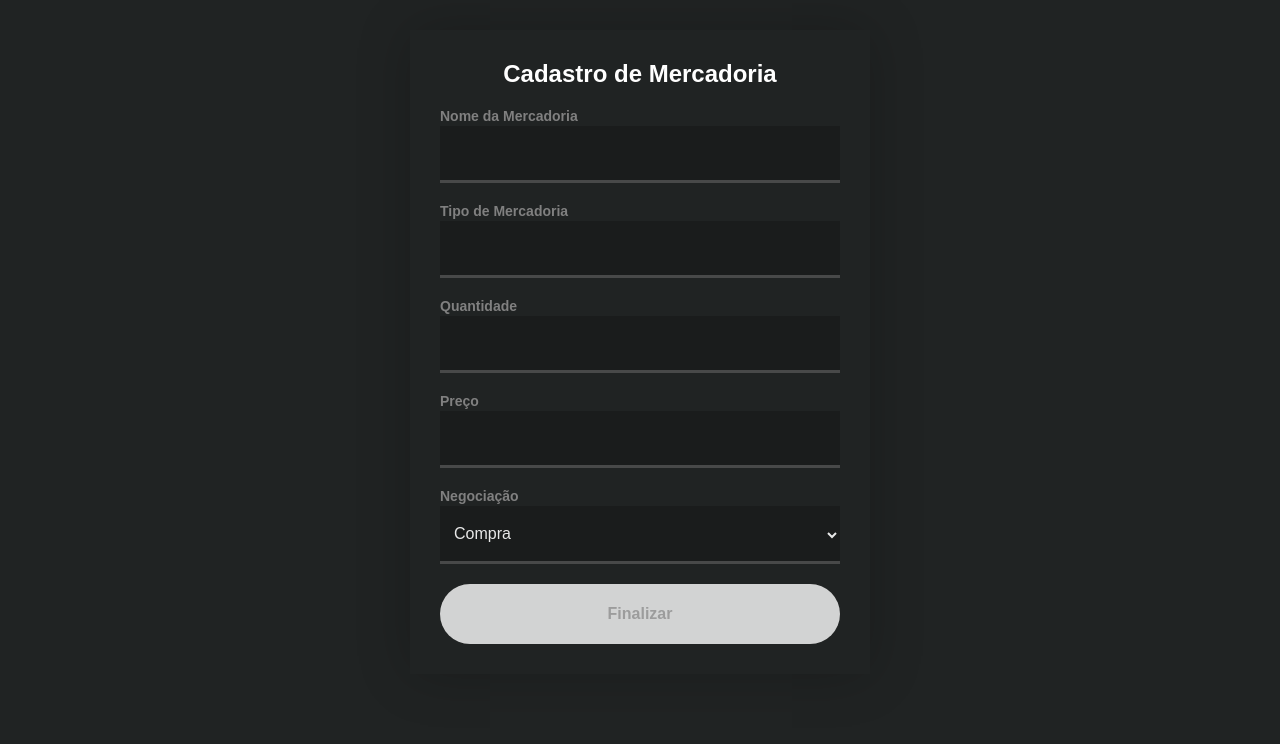
Repository: felipedischer/valemobi
Page: http://localhost/Valemobi/
These files come from the project's save history. The page is drawn as it stood at one moment and after the next save; the edit follows.
The browser window is 1280 px wide. The pictures show the whole page.
The page is served by Tomcat 9. Other server files are loaded and not shown.

Above is the page before, as saved 2016-09-28 04:05:18.

### Valemobi/WebContent/index.jsp
<%@ page language="java" contentType="text/html; charset=ISO-8859-1"
    pageEncoding="ISO-8859-1"%>
<!DOCTYPE html PUBLIC "-//W3C//DTD HTML 4.01 Transitional//EN" "http://www.w3.org/TR/html4/loose.dtd">
<html>
<head>
<meta http-equiv="Content-Type" content="text/html; charset=ISO-8859-1">

<link rel="stylesheet" type="text/css" href="estilo/css/estilo.css">

<title>Plataforma de Negociação</title>

</head>
<body>

<main id="conteudo">
		<div class="container">
			<form action="contatoservlet" method="post">
				<h2>Cadastro de Mercadoria</h2>


				<div class="grupo">
					<label for="campo1">Nome da Mercadoria</label>
					<input type="text" id="campo1" name="nome">
				</div>

				<div class="grupo">
					<label for="campo2">Tipo de Mercadoria</label>
					<input type="text" id="campo2" name="tipo">
				</div>

				<div class="grupo">
					<label for="campo3">Quantidade</label>
					<input type="number" id="campo3" name="quantidade">
				</div>

				<div class="grupo">
					<label for="campo4">Preço</label>
					<input type="text" id="campo4" name="preco">
				</div>

				<div class="grupo">
					<label for="campo5">Negociação</label>
					<select id="campo5" name="negociacao">
						<option value="COMPRA">Compra</option>
						<option value="VENDA">Venda</option>
					</select>
				</div>
				<button class="btn btn-cadastrar" type="submit">Finalizar</button>
			</form>
		</div>
	</main>






</body>
</html>

### Valemobi/WebContent/estilo/css/estilo.css

*{
	margin: 0px;
	padding: 0px;
	outline: none;
	font-family: "Arial";
	color: #bbbbbb;
	text-decoration: none;
}
.container{
	box-sizing: border-box;
	display: block;
	margin: auto;
	padding: 0px 15px;
	width: 1170px;
	max-width: 100%;
}

body{
	padding-bottom: 40px;
	background: #202323;
	width: 100%;
	height: 100%;
	position: relative;
}



/*CONTEUDO*/
#conteudo{
	padding: 30px 0px;
}
form label{
	color: white;
}
form {
	padding: 30px;
	max-width: 400px;
	margin: auto;
	box-shadow: 0px 0px 52px 0px rgba(0,0,0,0.2);
	animation: fadeIn 1.5s cubic-bezier(0.19,1,0.22,1);
}

form h2{
	text-align: center;
	margin-bottom: 20px;
	color: white;
}
form .grupo{
	margin-bottom: 20px;
}
form .grupo > *{
	display: block;
}
form .grupo label{
	font-weight: bold;
	font-size: 14px;
	margin-bottom: 2px;
	color: Grey;
}
form .grupo input, form .grupo select{
	border: none;
	box-sizing: border-box;
	width: 100%;
	padding: 10px;
	font-size: 16px;
	background: rgba(0,0,0,0.2);
	color: rgba(255,255,255,0.9);
    padding: 18px 10px;
    border-bottom: solid 3px rgba(255,255,255,0.2);
    transition: all 0.4s cubic-bezier(0.19,1,0.22,1);
}
/*
form .grupo input + label,
form .grupo input ~ label{
	color: white;
}
*/
form .grupo input:focus{
	border-color: white;
}
form .grupo.erro input{
	border-bottom-color: red;
}
form .grupo.valido input{
	border-bottom-color: #88bd64;
}


.btn{
	cursor: pointer;
	font-weight: bold;
	display: block;
	height: 50px;
	padding: 10px 20px;
	border-radius: 25px;
	border: none;
	font-weight: bold;
	font-size: 16px;
	background: white;
	opacity: 0.8;
	transition: all 1s cubic-bezier(0.19,1,0.22,1);
}
.btn:hover{
	opacity: 1;

}
form > .btn{
	width: 100%;
	height: 60px;
	border-radius: 30px;
}
/*RODAPE*/
#rodape{
	position: fixed;
	width: 100%;
	height: 40px;
	bottom: 0px;
	background: #1c2121;
}
#rodape p{
	text-align: center;
	line-height: 40px;
	color: white;
}

.ui-datepicker{
	background: white;
}

After the next save:
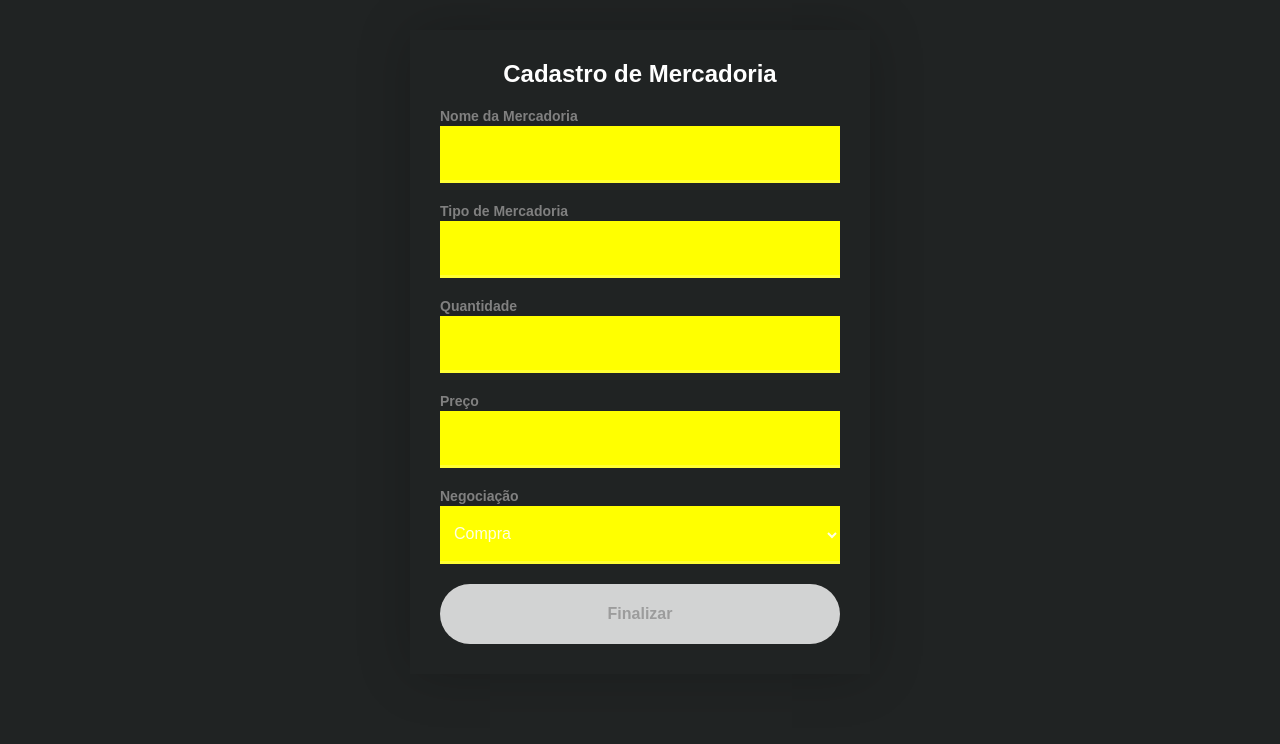
Saved 28 s later.
--- a/Valemobi/WebContent/estilo/css/estilo.css
+++ b/Valemobi/WebContent/estilo/css/estilo.css
@@ -64,7 +64,7 @@
 	width: 100%;
 	padding: 10px;
 	font-size: 16px;
-	background: rgba(0,0,0,0.2);
+	background: yellow;
 	color: rgba(255,255,255,0.9);
     padding: 18px 10px;
     border-bottom: solid 3px rgba(255,255,255,0.2);

After the save that followed:
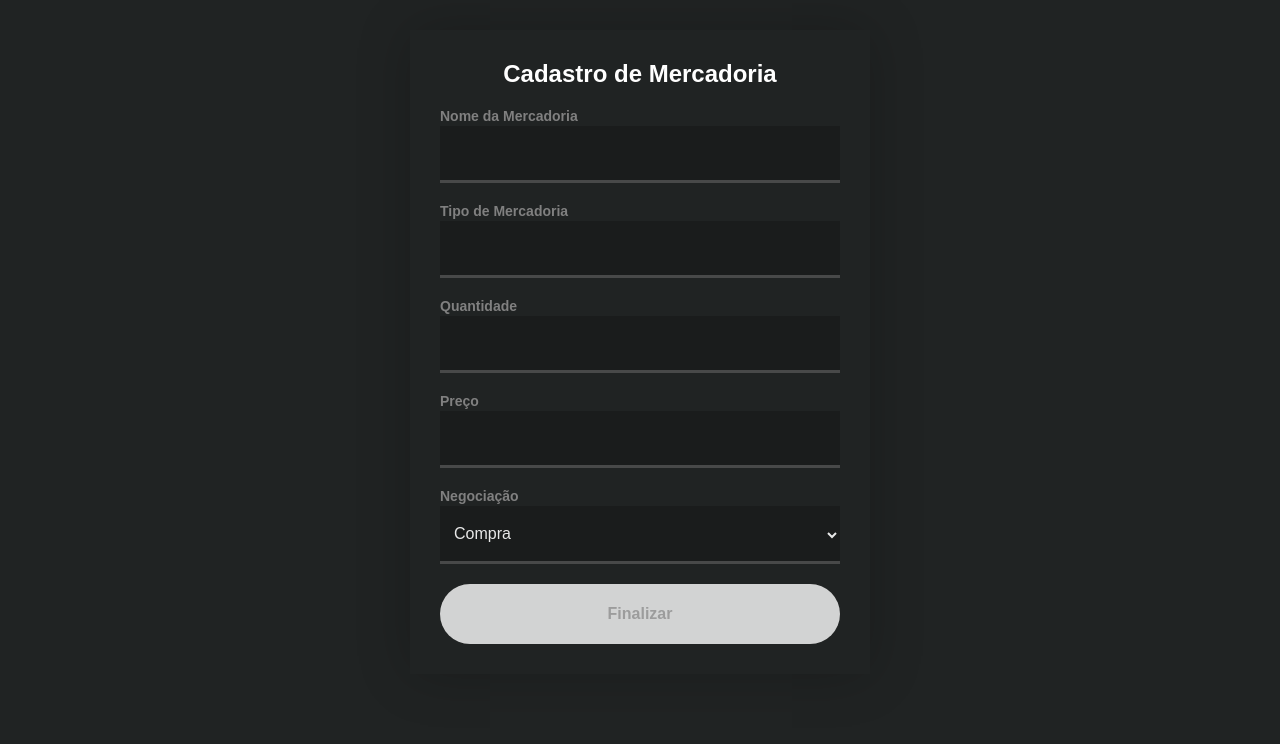
Saved 13 s later.
--- a/Valemobi/WebContent/estilo/css/estilo.css
+++ b/Valemobi/WebContent/estilo/css/estilo.css
@@ -64,7 +64,7 @@
 	width: 100%;
 	padding: 10px;
 	font-size: 16px;
-	background: yellow;
+	background: rgba(0,0,0,0.2);
 	color: rgba(255,255,255,0.9);
     padding: 18px 10px;
     border-bottom: solid 3px rgba(255,255,255,0.2);
